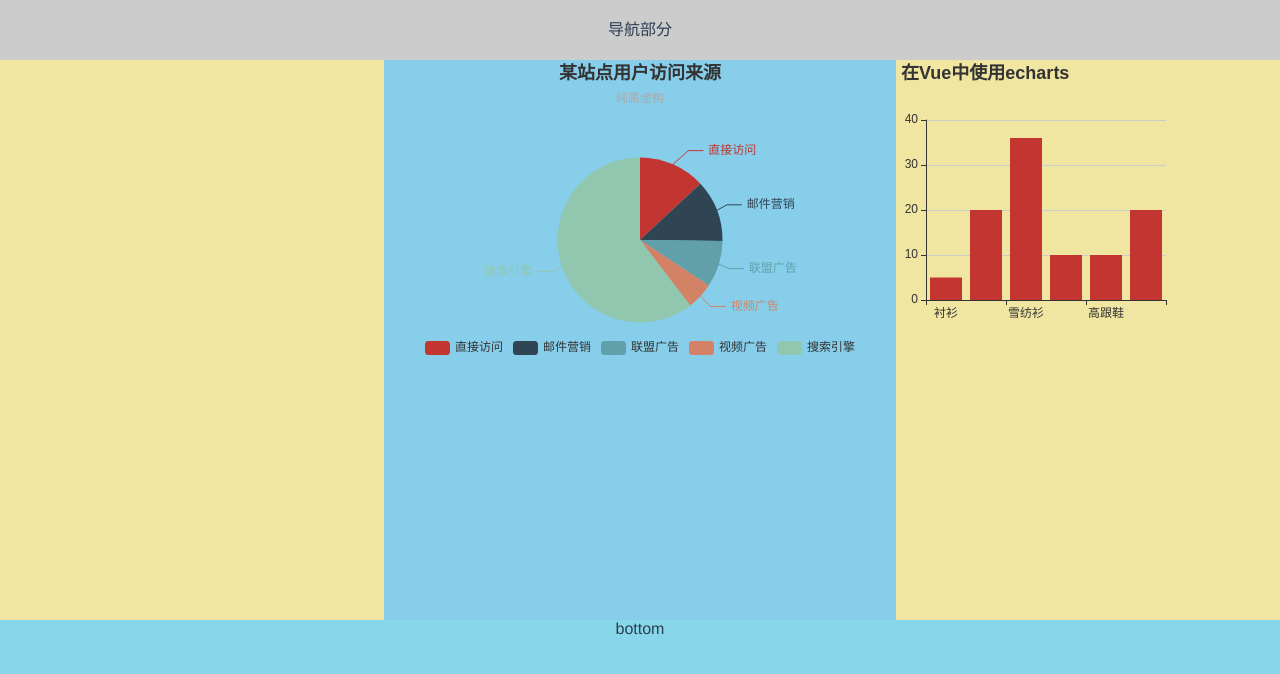
Repository: nyy-2017/vue-echarts
Page: /
The author's editor kept a copy of each file at every save. The page is drawn from the files as they stood at one save, then again after the next save.
The browser window is 1280 px wide. The pictures show the whole page.
The project was rebuilt for these pictures with package versions that can differ from the ones it lists, and the page was loaded fresh each time.

Above is the page before, as saved 2019-07-09 09:24:14.

### src/main.js
import Vue from 'vue'
import App from './App'
import router from './router'
// 引入echarts
import echarts from 'echarts'

Vue.prototype.$echarts = echarts

Vue.config.productionTip = false

/* eslint-disable no-new */
new Vue({
  el: '#app',
  router,
  render: h => h(App)
})

### src/components/HelloWorld.vue
<template>
    <div id="all">
      <div class="contains">
        <div id="top">导航部分</div>
        <div id="content">
            <div class="left">
            </div>
            <div class="center">
              <myEcharts></myEcharts>
            </div>
            <div class="right">
              <div class="chart" id="myChart" :style="{width: '300px', height: '300px'}"></div>
            </div>
        </div>
        <div id="bottom">bottom</div>
      </div>
    </div>
</template>


<script>
import myEcharts from "../demo/myEcharts.vue"
// 引入基本模板
let echarts = require('echarts/lib/echarts')
// 引入柱状图组件
require('echarts/lib/chart/bar')
// 引入提示框和title组件
require('echarts/lib/component/tooltip')
require('echarts/lib/component/title')
export default {
  components: {
    myEcharts
  },
  data () {
    return {
    }
  },
  methods:{

    drawLine(){
            // 基于准备好的dom，初始化echarts实例
            let myChart = this.$echarts.init(document.getElementById('myChart'))
            // 绘制图表
            myChart.setOption({
                title: { text: '在Vue中使用echarts' },
                tooltip: {},
                xAxis: {
                    data: ["衬衫","羊毛衫","雪纺衫","裤子","高跟鞋","袜子"]
                },
                yAxis: {},
                series: [{
                    name: '销量',
                    type: 'bar',
                    data: [5, 20, 36, 10, 10, 20]
                }]
            });
            myChart.setOption(option);
              // 基于准备好的dom，初始化echarts实例
            vm.$watch("size",function(newVal, oldVal){
              var dom=document.getElementById('panel')
              dom.innerHTML='<div class="chart" id="myChart" style="width:'+newVal+'px;height:'+newVal+'px"></div>';
              var myChart = echarts.init(document.getElementById('myChart'));
              myChart.setOption(option);
            })
    }
  },
  created(){
  },
  mounted(){
    this.drawLine();
  },
}
</script>


<style>
#chart{
 display:flex;
 }
#all{
   margin:0;
   padding:0;
   width: 100%;
   height: 100%;
 }
 .contains{
   width: 100%;
   min-width: 500px;
 }
#top{
    position:absolute;
    top:0;
    left:0;
    background-color:#ccc;
    height:60px;
    line-height: 60px;
    width:100%;
    z-index:100;
}
#bottom{
    position:absolute;
    bottom:0;
    left:0;
    background-color:#88D6E9;
    height:100px;
    width:100%;
    z-index:100;
}

#content{
    position:absolute;
    width:100%;
    overflow:auto;
    background-color:#F0E6A2;
    bottom:100px;
    top:60px;
    left: 0;
    right: 0;
    z-index:90;
    display: flex;
    flex-direction: row;
}
  .left{
    width: 30%;
    height: 100%;
  }
  .center{
    width: 40%;
    height: 100%;
    background-color: skyblue;

  }
  .right{
    width: 30%;
    height: 100%;
  }
</style>

### src/demo/myEcharts.vue
<template>
    <div class="pie">
        <div id="pie1">
            <!-- 为 ECharts 准备一个具备大小（宽高）的 DOM -->
            <div id="main1" style="float:left;width:100%;height: 300px"></div>
        </div>
        <div id="pie2">
            <div id="main2" style="float:left;width:100%;height: 300px"></div>
        </div>
    </div>
</template>

<script>
    var echarts = require('echarts');

    export default {
        data() {
            return {
                // 数据
                data1: [],
            }
        },
        mounted() {
            this.initData();
        },
        methods: {
            //初始化数据
            initData() {
                var myChart = echarts.init(document.getElementById('main1'));
                window.onresize = myChart.resize
                // 绘制图表
                myChart.setOption({
                    title : {
                        text: '某站点用户访问来源',
                        subtext: '纯属虚构',
                        x:'center'
                    },
                    tooltip : {
                        trigger: 'item',
                        formatter: "{a} <br/>{b} : {c} ({d}%)"
                    },
                    legend: {
                        orient: 'vertical',
                        bottom: 'bottom',
                        data: ['直接访问','邮件营销','联盟广告','视频广告','搜索引擎']
                    },
                    series : [
                        {
                            name: '访问来源',
                            type: 'pie',
                            radius : '55%',
                            center: ['50%', '60%'],
                            data:[
                                {value:335, name:'直接访问'},
                                {value:310, name:'邮件营销'},
                                {value:234, name:'联盟广告'},
                                {value:135, name:'视频广告'},
                                {value:1548, name:'搜索引擎'}
                            ],
                            itemStyle: {
                                emphasis: {
                                    shadowBlur: 10,
                                    shadowOffsetX: 0,
                                    shadowColor: 'rgba(0, 0, 0, 0.5)'
                                }
                            }
                        }
                    ]
                });

            },
        }
    }
</script>

Loaded but not shown: src/App.vue (common file); src/router/index.js (common file)

After the next save:
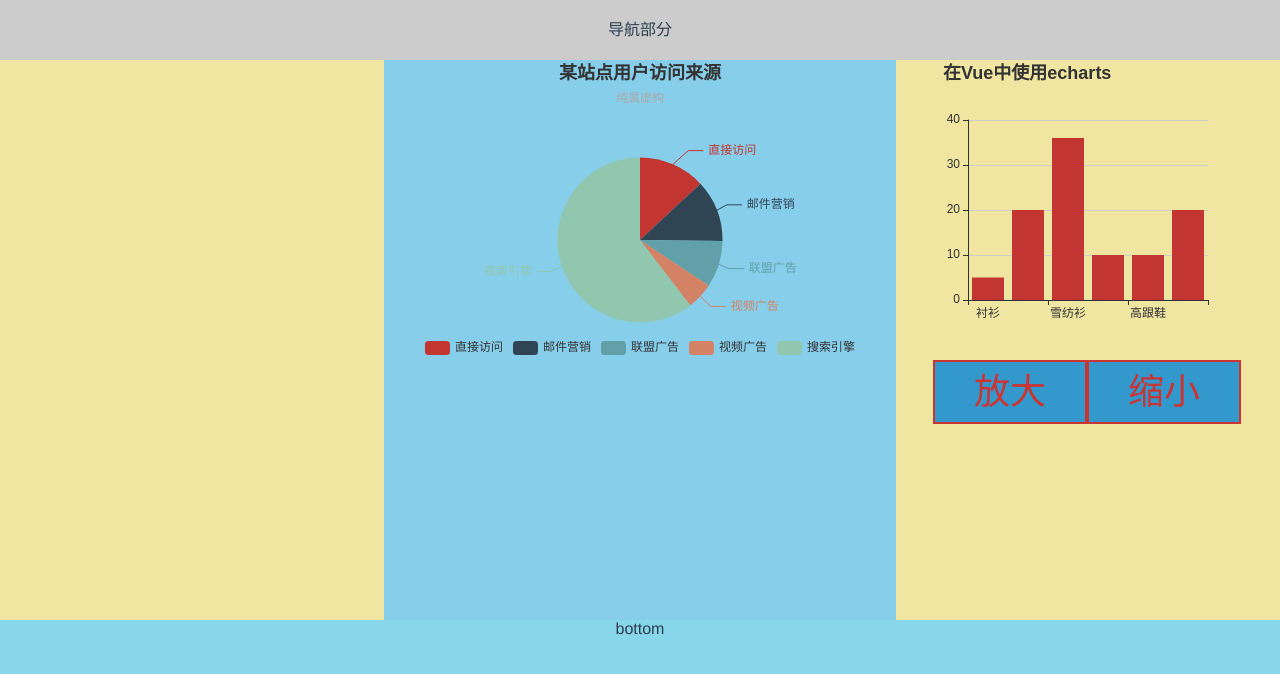
Saved 3 min 40 s later.
--- a/src/components/HelloWorld.vue
+++ b/src/components/HelloWorld.vue
@@ -10,6 +10,10 @@
             </div>
             <div class="right">
               <div class="chart" id="myChart" :style="{width: '300px', height: '300px'}"></div>
+                  <div id="but">
+                    <div id="add" class="button" @click="add">放大</div>
+                    <div id="reduce" class="button" @click="reduce">缩小</div>
+                  </div>
             </div>
         </div>
         <div id="bottom">bottom</div>
@@ -31,12 +35,32 @@
   components: {
     myEcharts
   },
+  computed: {
+    style: function () {
+      return "width:"+this.width+"px;height:"+this.height+"px"
+    }
+  },
   data () {
     return {
+      size:300,
     }
   },
   methods:{
+    add:function(){
+      if(this.size<900){
+          this.size=this.size+50;}
+        else{
+          this.size=900;
+        }
 
+      },
+    reduce:function(){
+      if(this.size>300){
+        this.size=this.size-50;}
+        else{
+          this.size=300;
+        }
+      },
     drawLine(){
             // 基于准备好的dom，初始化echarts实例
             let myChart = this.$echarts.init(document.getElementById('myChart'))
@@ -74,6 +98,40 @@
 
 
 <style>
+.button{
+      float:left;
+      width:150px;
+      height:60px;
+      color:#CC3333;
+      border:2px solid #CC3333;
+      background-color:#3399CC;
+      line-height:60px;
+      text-align:center;
+      font-size:36px;
+    }
+    .button:hover{
+      float:left;
+      width:150px;
+      height:60px;
+      color:#3399CC;
+      border:2px solid #3399CC;
+      background-color:#CC3333;
+      line-height:60px;
+      text-align:center;
+      font-size:36px;
+    }
+
+    .chart{
+      margin:0 auto;
+    }
+    #but{
+      width:310px;
+      margin:0 auto;
+    }
+
+
+
+
 #chart{
  display:flex;
  }

After the save that followed:
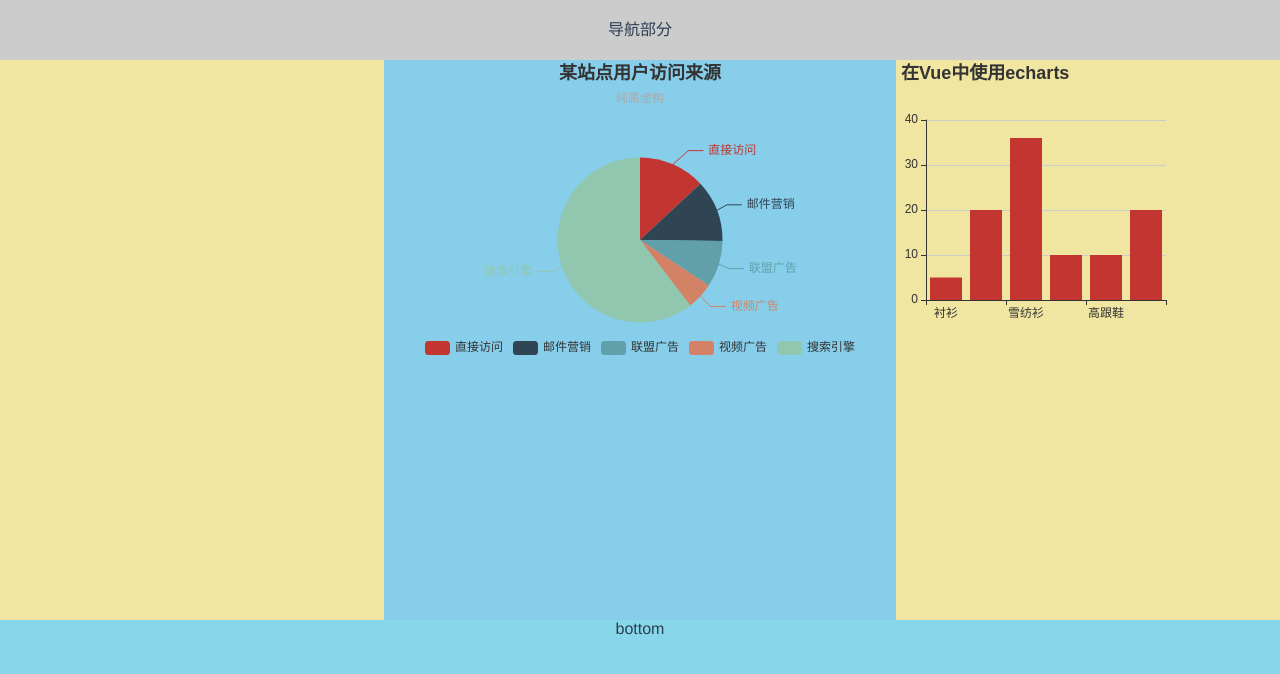
Saved 68 s later.
--- a/src/components/HelloWorld.vue
+++ b/src/components/HelloWorld.vue
@@ -9,11 +9,7 @@
               <myEcharts></myEcharts>
             </div>
             <div class="right">
-              <div class="chart" id="myChart" :style="{width: '300px', height: '300px'}"></div>
-                  <div id="but">
-                    <div id="add" class="button" @click="add">放大</div>
-                    <div id="reduce" class="button" @click="reduce">缩小</div>
-                  </div>
+              <div id="myChart" :style="{width: '300px', height: '300px'}"></div>
             </div>
         </div>
         <div id="bottom">bottom</div>
@@ -35,32 +31,12 @@
   components: {
     myEcharts
   },
-  computed: {
-    style: function () {
-      return "width:"+this.width+"px;height:"+this.height+"px"
-    }
-  },
   data () {
     return {
-      size:300,
     }
   },
   methods:{
-    add:function(){
-      if(this.size<900){
-          this.size=this.size+50;}
-        else{
-          this.size=900;
-        }
 
-      },
-    reduce:function(){
-      if(this.size>300){
-        this.size=this.size-50;}
-        else{
-          this.size=300;
-        }
-      },
     drawLine(){
             // 基于准备好的dom，初始化echarts实例
             let myChart = this.$echarts.init(document.getElementById('myChart'))
@@ -78,15 +54,7 @@
                     data: [5, 20, 36, 10, 10, 20]
                 }]
             });
-            myChart.setOption(option);
-              // 基于准备好的dom，初始化echarts实例
-            vm.$watch("size",function(newVal, oldVal){
-              var dom=document.getElementById('panel')
-              dom.innerHTML='<div class="chart" id="myChart" style="width:'+newVal+'px;height:'+newVal+'px"></div>';
-              var myChart = echarts.init(document.getElementById('myChart'));
-              myChart.setOption(option);
-            })
-    }
+        }
   },
   created(){
   },
@@ -98,40 +66,6 @@
 
 
 <style>
-.button{
-      float:left;
-      width:150px;
-      height:60px;
-      color:#CC3333;
-      border:2px solid #CC3333;
-      background-color:#3399CC;
-      line-height:60px;
-      text-align:center;
-      font-size:36px;
-    }
-    .button:hover{
-      float:left;
-      width:150px;
-      height:60px;
-      color:#3399CC;
-      border:2px solid #3399CC;
-      background-color:#CC3333;
-      line-height:60px;
-      text-align:center;
-      font-size:36px;
-    }
-
-    .chart{
-      margin:0 auto;
-    }
-    #but{
-      width:310px;
-      margin:0 auto;
-    }
-
-
-
-
 #chart{
  display:flex;
  }
